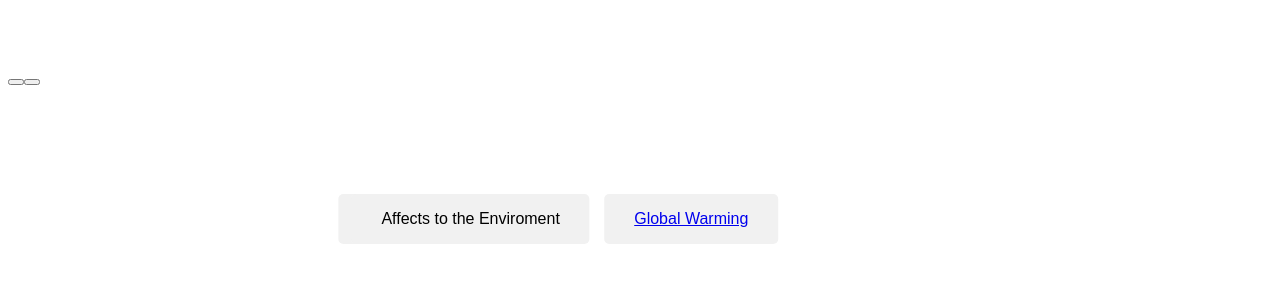
Repository: Alejandra-Pelayo/Alejandra-Pelayo.github.io
Page: 2.1.4/Example.html
The author's editor kept a record of every edit. The page is drawn from the files as they stood at one moment, then again after the next edit.
The browser window is 1280 px wide. The pictures show the whole page.

Above is the page before.

After the next edit:
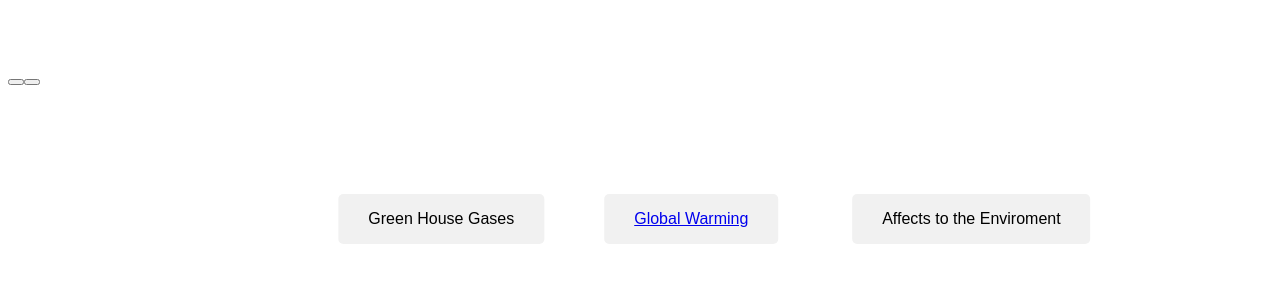
The edit:
--- a/2.1.4/example.css
+++ b/2.1.4/example.css
@@ -43,7 +43,7 @@
     position: absolute;
   top: 20%;
   left: 20%;
-  transform: translate(40%, 100%);
+  transform: translate(250%, 100%);
   -ms-transform: translate(-80%, -80%);
   background-color: #f1f1f1;
   color: black;
